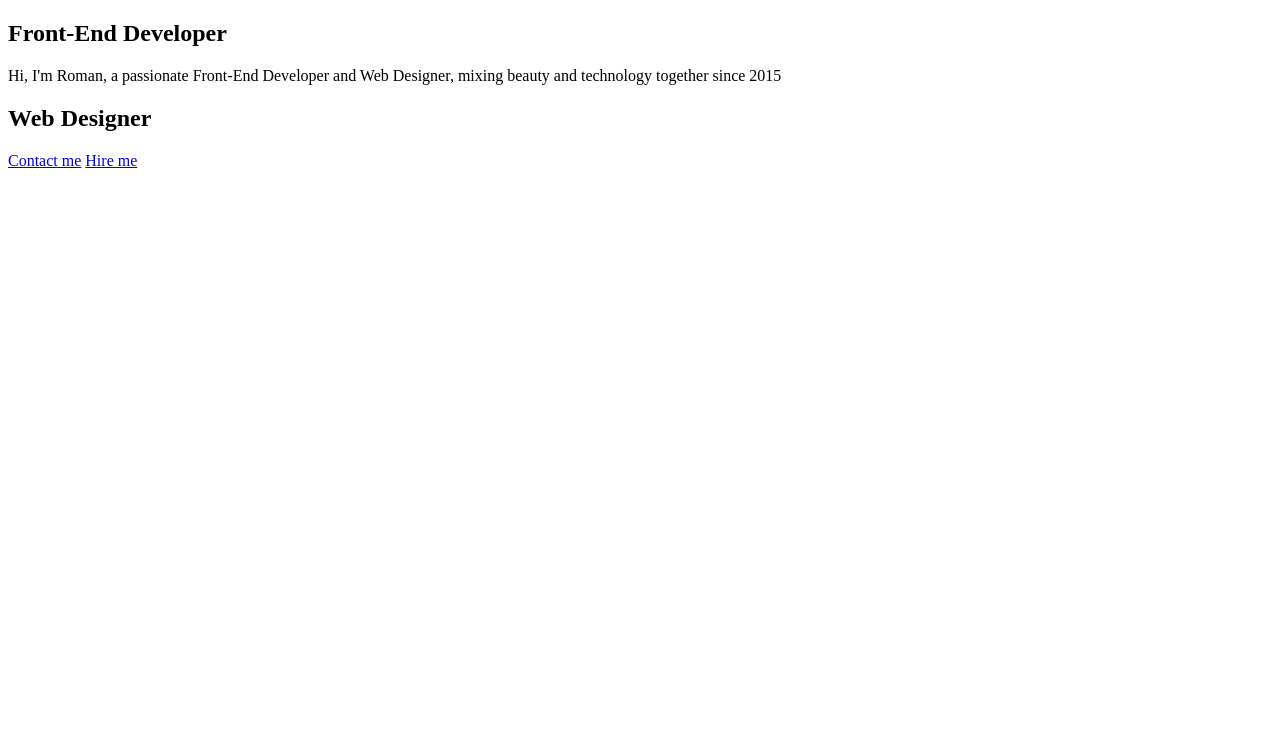
Repository: RShalman/rshalman.github.io
Page: index.html
These files come from the project's save history. The page is drawn as it stood at one moment and after the next save; the edit follows.
The browser window is 1280 px wide. The pictures show the whole page.

Above is the page before, as saved 2018-10-18 13:35:54.

### index.html
<!DOCTYPE html>
<html>
<head>
    <meta charset="utf-8" />
    <meta http-equiv="X-UA-Compatible" content="IE=edge">
    <title>Roman Shalman - Front-End Developer</title>
    <meta name="description" content="I'm Roman Shalman, Front-End Developer and web-designer">
    <meta name="viewport" content="width=device-width, initial-scale=1">
    <link rel="stylesheet" type="text/css" media="screen" href="css/main.css" />
    <script src="js/main.js"></script>
</head>
<body>
    <section id="intro">
        <h1 id="title">Front-End Developer</h1>
        <p id="description">Hi, I'm Roman, a passionate Front-End Developer and Web Designer, mixing beauty and technology together since 2015</p>
        <h2 id="second-prof">Web Designer</h2>
        <a href="mailto:romanshalman@gmail.com" class="my_btn">Contact me</a>
        <a href="#contacts" class="my_btn">Hire me</a>
    </section>
</body>
</html>

### css/main.css



/* ----------------------- GENERAL SETTINGS ----------------------- */
section {
    min-height: 100vh;
}




/* ----------------------- INTRO SECTION ----------------------- */

Loaded but not shown: js/main.js (no stored copy; drawn as an empty file)

After the next save:
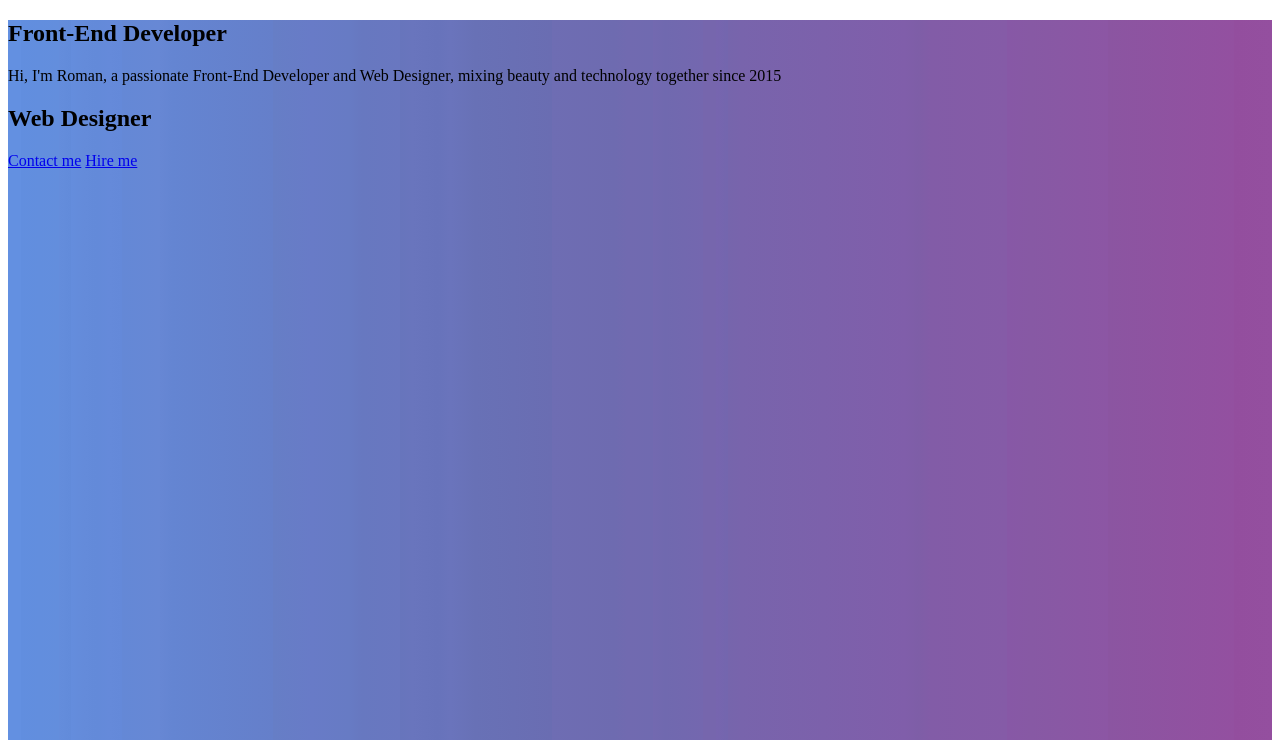
Saved 110 s later.
--- a/css/main.css
+++ b/css/main.css
@@ -10,3 +10,7 @@ section {
 
 
 /* ----------------------- INTRO SECTION ----------------------- */
+/* Settings for intro section container */
+#intro {
+    background: linear-gradient(to right, #6390e1 0%,#6390e1 1%,#618edf 1%,#638edd 4%,#668cdd 4%,#638cdb 4%,#648ddc 4%,#628bda 5%,#648ddd 5%,#648bda 6%,#668ddc 6%,#648bda 6%,#638ad9 7%,#658ada 8%,#6489d9 9%,#6488d6 9%,#6788d5 12%,#6586d3 12%,#6787d4 12%,#6585d2 12%,#6585d2 12%,#6787d4 12%,#6485d2 13%,#657fca 21%,#667ec6 21%,#687bc7 24%,#677bc4 27%,#6778c0 28%,#6977c0 31%,#6775bc 31%,#6975bd 32%,#6773bb 34%,#6a74bc 35%,#6871b6 37%,#6a6db2 43%,#6e6db3 43%,#6e6bb0 48%,#716ab0 49%,#706ab0 51%,#7369b0 51%,#7069af 52%,#7467af 55%,#7666ad 55%,#7666ad 56%,#7366ae 56%,#7765af 56%,#7366ae 57%,#7665ac 57%,#7864ac 58%,#805eaa 71%,#7e5ea7 72%,#825ca7 73%,#855ba7 79%,#8758a6 79%,#8759a4 81%,#8859a7 81%,#8759a4 81%,#8c56a4 87%,#8b55a1 87%,#9350a0 97%,#934e9e 97%,#944f9f 100%);
+}
